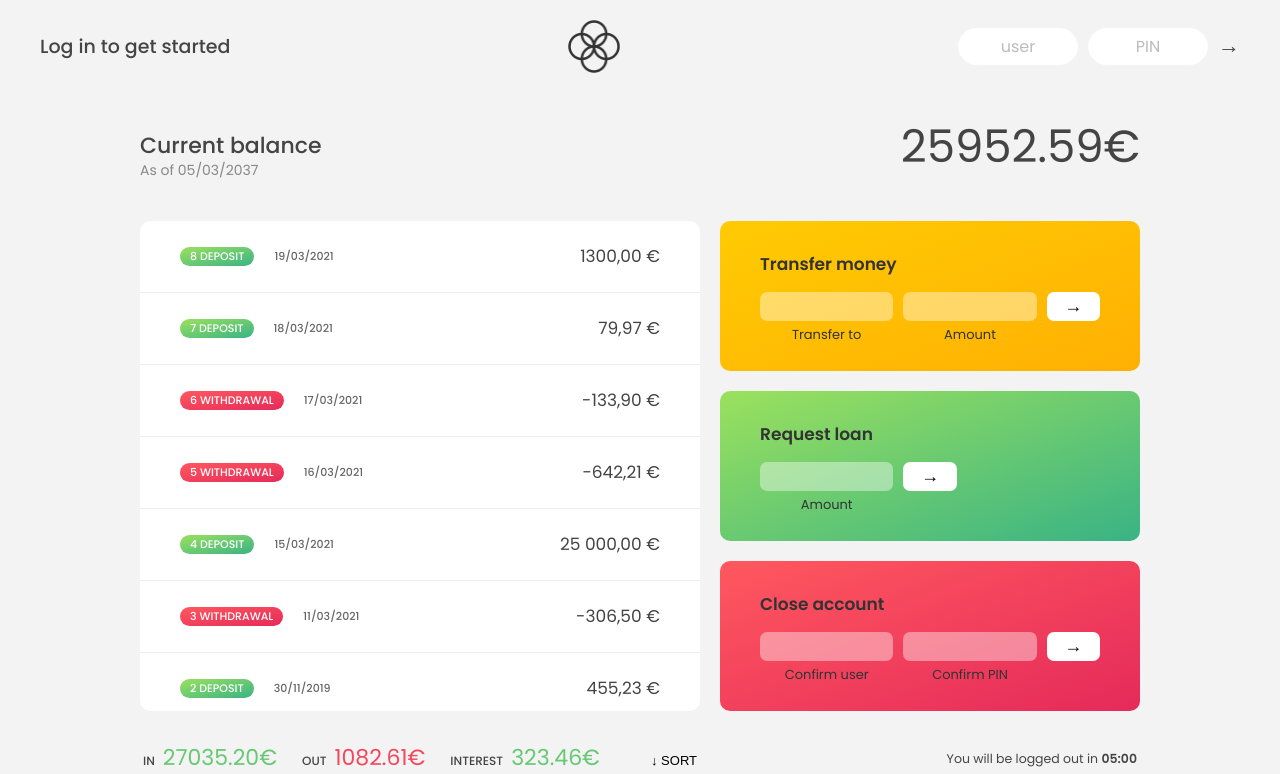
Repository: Samkiroko/Dateas-Number-Timers
Page: starter/index.html
The author's editor kept a copy of each file at every save. The page is drawn from the files as they stood at one save, then again after the next save.
The browser window is 1280 px wide. The pictures show the whole page.
An inner scrolling area shows only its first screen.

Above is the page before, as saved 2021-03-20 17:33:33.

After the next save:
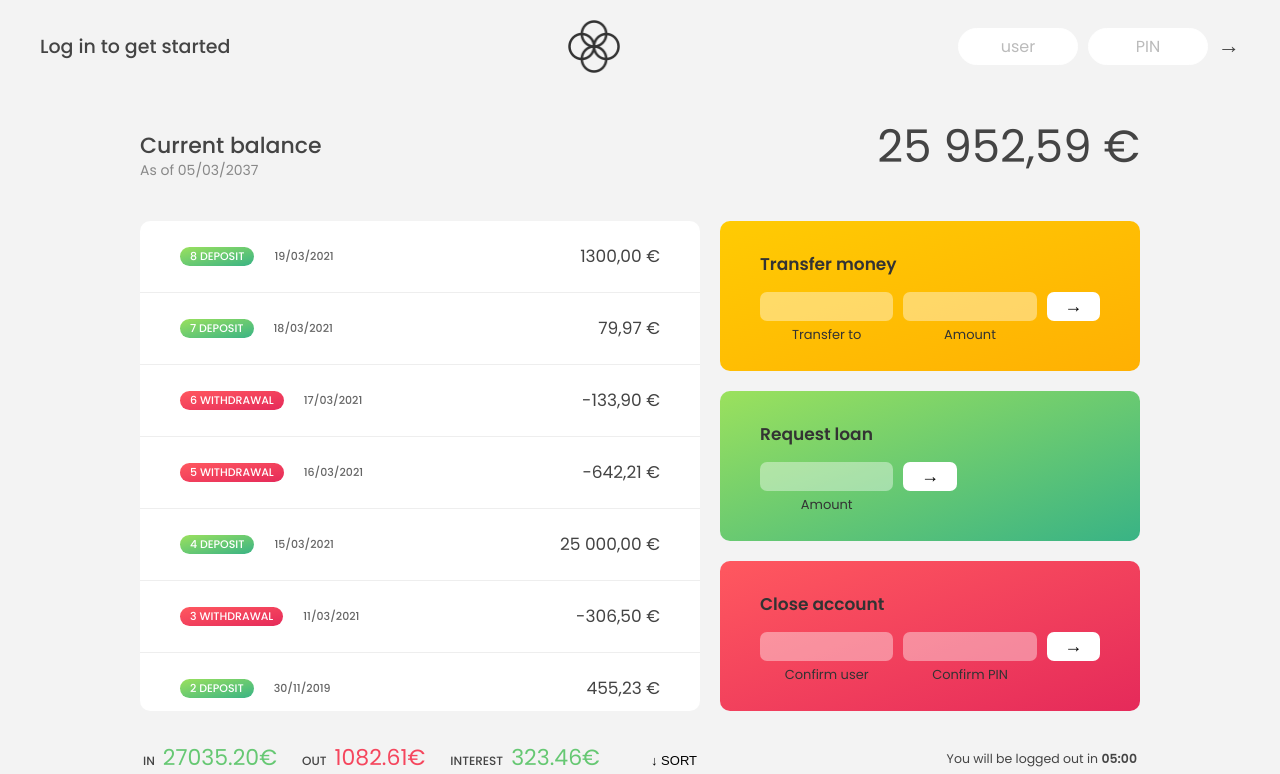
Saved 101 s later.
--- a/starter/script.js
+++ b/starter/script.js
@@ -136,7 +136,7 @@
 
 const calcDisplayBalance = function (acc) {
   acc.balance = acc.movements.reduce((acc, mov) => acc + mov, 0);
-  labelBalance.textContent = `${acc.balance.toFixed(2)}€`;
+  labelBalance.textContent = formatCur(acc.balance, acc.locale, acc.currency);
 };
 
 const calcDisplaySummary = function (acc) {
